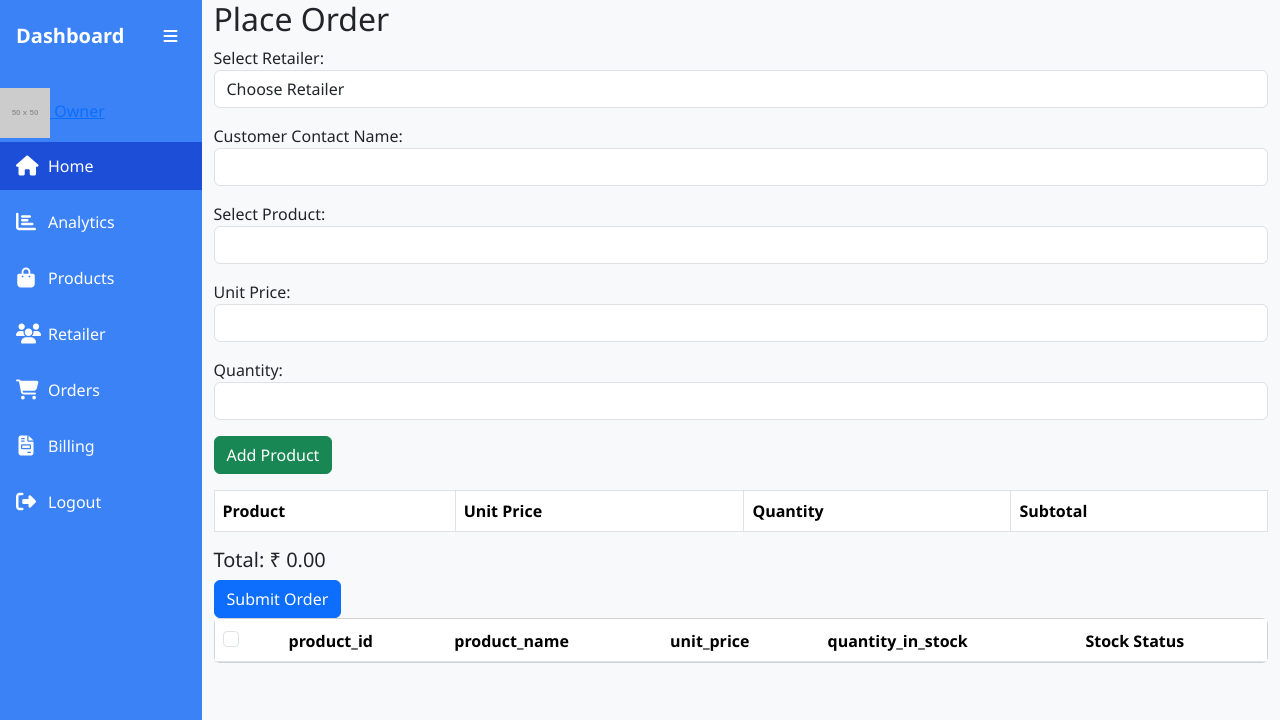
Repository: AditiAjitSalvi/Inventory_Managment
Page: http://localhost/Paper_inventory/Order.jsp
These files come from the project's save history. The page is drawn as it stood at one moment and after the next save; the edit follows.
The browser window is 1280 px wide. The pictures show the whole page.
The page is served by Tomcat 9. Queries for data that is not in the repository find no rows.

Above is the page before, as saved 2025-06-02 18:19:06.
Console error: TypeError: Cannot read properties of null (reading 'getContext')

After the next save:
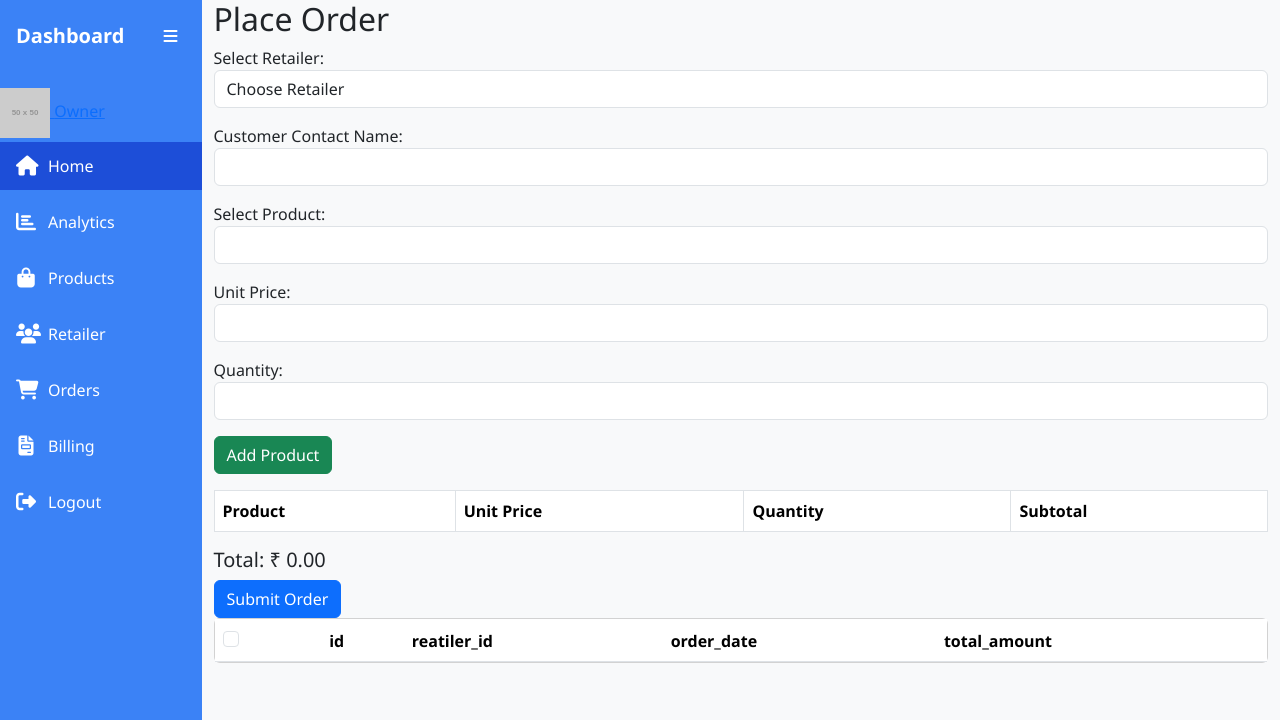
Saved 88 s later.
--- a/Paper_inventory/Paper_inventory/src/main/webapp/Order.jsp
+++ b/Paper_inventory/Paper_inventory/src/main/webapp/Order.jsp
@@ -414,11 +414,11 @@ body {
 												for="selectAll"></label>
 										</div>
 									</th>
-									<th>product_id</th>
-									<th>product_name</th>
-									<th>unit_price</th>
-									<th>quantity_in_stock</th>
-									<th>Stock Status</th>
+									<th>id</th>
+									<th>reatiler_id</th>
+									<th>order_date</th>
+									<th>total_amount</th>
+
 
 								</tr>
 							</thead>
